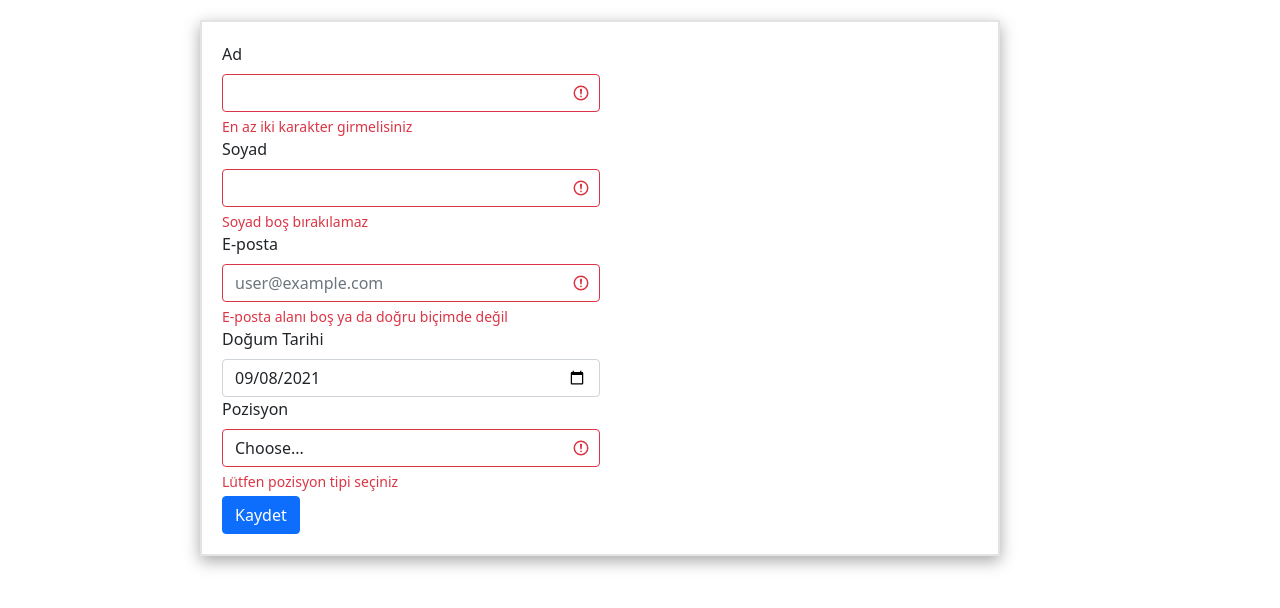
Repository: okankrdg/ReactCoreCRUD
Page: /employee/create (app in ReactCoreCRUD.Web/client/)
These files come from the project's save history. The page is drawn as it stood at one moment and after the next save; the edit follows.
The browser window is 1280 px wide. The pictures show the whole page.
The page's requests for data from a server got no answer. The project was rebuilt for these pictures with package versions that can differ from the ones it lists, and the page was loaded fresh each time. No one was signed in, and anything a server would have sent is missing. Also part of the build but not shown: ReactCoreCRUD.Web/client/src/pages/Employee/index.tsx, ReactCoreCRUD.Web/client/src/pages/Exception/index.tsx.

Above is the page before, as saved 2021-10-10 21:12:42.

### ReactCoreCRUD.Web/client/src/index.tsx
import React from "react";
import ReactDOM from "react-dom";
import "./index.css";
import App from "./App";
import { Router } from "react-router-dom";
import "./dist/bootstrap/bootstrap.min.css";
import history from "./history.js";
ReactDOM.render(
  <React.StrictMode>
    <Router history={history}>
      <App />
    </Router>
  </React.StrictMode>,
  document.getElementById("root")
);

### ReactCoreCRUD.Web/client/src/index.css
body {
  margin: 0;
  font-family: -apple-system, BlinkMacSystemFont, 'Segoe UI', 'Roboto', 'Oxygen',
    'Ubuntu', 'Cantarell', 'Fira Sans', 'Droid Sans', 'Helvetica Neue',
    sans-serif;
  -webkit-font-smoothing: antialiased;
  -moz-osx-font-smoothing: grayscale;
}

code {
  font-family: source-code-pro, Menlo, Monaco, Consolas, 'Courier New',
    monospace;
}
.employeeForm{
      padding: 20px;
      text-align: left;
      border: 2px solid #e5e3e3;
      box-shadow: 3px 3px 3px rgna(1,1,1,1);
      box-shadow: rgb(0 0 0 / 35%) 0px 5px 15px;

}
.App{
  text-align: center;
    display: flex;
    justify-content: center;
    max-width: 1200px;
    margin-top: 20px;
}
.employee-index{
  width: 80%;
  box-shadow: rgb(0 0 0 / 35%) 0px 5px 15px;
}

### ReactCoreCRUD.Web/client/src/App.tsx
import { Switch, Route } from "react-router-dom";
import CreateOrEdit from "./pages/Employee/createOrEdit";
import Index from "./pages/Employee";
import Exception from "./pages/Exception/index";
import "./App.css";

function App() {
  return (
    <div className="App">
      <Switch>
        <Route path="/employee/edit/:id" component={CreateOrEdit} />
        <Route path="/employee/create" component={CreateOrEdit} />
        <Route path="/employee/index" component={Index} />
        <Route path="/exception/type=:type" component={Exception} />
      </Switch>
    </div>
  );
}

export default App;

### ReactCoreCRUD.Web/client/src/pages/Employee/createOrEdit.tsx
import { useParams } from "react-router-dom";
import {
  EmployeeType,
  EmployeeDTO,
  employeeService,
} from "../../services/EmployeeService";
import { useEffect, useState } from "react";
const CreateOrEdit = () => {
  interface RouteParams {
    id: string;
  }
  interface EmployeeValidationState {
    firstName: boolean;
    lastName: boolean;
    birthDate: boolean;
    email: boolean;
    employeeTypeId: boolean;
  }
  const params = useParams<RouteParams>();

  const [employee, setEmployee] = useState<EmployeeDTO>({
    firstName: "",
    lastName: "",
    birthDate: new Date().toISOString().substring(0, 10),
    email: "",
    employeeTypeId: undefined,
  });
  const [employeeTypes, setEmployeeTypes] = useState<EmployeeType[]>([]);
  const [employeeValidation, setEmployeeValidation] =
    useState<EmployeeValidationState>({
      firstName: false,
      lastName: false,
      birthDate: false,
      email: false,
      employeeTypeId: false,
    });

  useEffect(() => {
    const idParam = parseInt(params.id);
    employeeService
      .getEmployeeTypes()
      .then((response) => {
        setEmployeeTypes(response.data);
      })
      .catch((e) => {
        console.log(e);
      });
    if (idParam) {
      employeeService
        .getById(idParam)
        .then((response) => {
          setEmployee(response.data);
          console.log(response.data);
        })
        .catch((e) => {
          console.log(e);
        });
    }
  }, [params.id]);
  const setValid = () => {
    var validationState = employeeValidation;

    if (
      employee.firstName === "" ||
      employee.firstName == null ||
      employee.firstName?.length < 2
    ) {
      validationState.firstName = false;
    } else {
      validationState.firstName = true;
    }
    if (employee.lastName === "" || employee.lastName == null) {
      validationState.lastName = false;
    } else {
      validationState.lastName = true;
    }
    if (
      employee.email === "" ||
      employee.email == null ||
      /\S+@\S+\.\S+/.test(employee.email)
    ) {
      validationState.email = false;
    } else {
      validationState.email = true;
    }
    if (
      employee.employeeTypeId === undefined ||
      employee.employeeTypeId == null
    ) {
      validationState.employeeTypeId = false;
    } else {
      validationState.employeeTypeId = true;
    }
    setEmployeeValidation(validationState);
    return validationState;
  };
  const isValidForm = (model: EmployeeValidationState) => {
    return (
      model.firstName && model.lastName && model.email && model.employeeTypeId
    );
  };
  const submitForm = () => {
    const idParam = parseInt(params.id);
    var model = setValid();
    if (isValidForm(model)) {
      if (!idParam) {
        employeeService
          .create(employee)
          .then((response) => {
            console.log(response);
          })
          .catch((error) => {
            console.log(error.response);
          });
      } else {
        employeeService.update(employee, idParam).then((response) => {
          console.log(response);
        });
      }
    }
  };
  return (
    <div className="employeeForm col-md-8">
      <div className="col-md-6">
        <label className="form-label">Ad</label>
        <input
          type="text"
          className={`form-control ${
            employeeValidation.firstName ? "is-valid" : "is-invalid"
          }`}
          id="name"
          required
          value={employee?.firstName}
          onChange={(e) =>
            setEmployee({ ...employee, firstName: e.target.value })
          }
        />
        {employeeValidation.firstName ? (
          ""
        ) : (
          <div className="invalid-feedback">
            En az iki karakter girmelisiniz
          </div>
        )}
      </div>
      <div className="col-md-6">
        <label className="form-label">Soyad</label>
        <input
          type="text"
          className={`form-control ${
            employeeValidation.lastName ? "is-valid" : "is-invalid"
          }`}
          id="name"
          value={employee?.lastName}
          onChange={(e) =>
            setEmployee({ ...employee, lastName: e.target.value })
          }
        />
        {employeeValidation.lastName ? (
          ""
        ) : (
          <div className="invalid-feedback">Soyad boş bırakılamaz</div>
        )}
      </div>
      <div className="col-md-6">
        <label className="form-label">E-posta</label>
        <input
          type="email"
          className={`form-control ${
            employeeValidation.email ? "is-valid" : "is-invalid"
          }`}
          placeholder="user@example.com"
          id="email"
          required
          value={employee?.email}
          onChange={(e) => setEmployee({ ...employee, email: e.target.value })}
        />
        {employeeValidation.email ? (
          ""
        ) : (
          <div className="invalid-feedback">
            E-posta alanı boş ya da doğru biçimde değil
          </div>
        )}
      </div>
      <div className="col-6">
        <label className="form-label">Doğum Tarihi</label>
        <input
          type="date"
          className="form-control"
          id="birthDate"
          value={employee?.birthDate?.substring(0, 10)}
          onChange={(e) =>
            setEmployee({
              ...employee,
              birthDate: e.currentTarget.value,
            })
          }
        />
      </div>
      <div className="col-md-6">
        <label className="form-label">Pozisyon</label>
        <select
          id="inputState"
          className={`form-control ${
            employeeValidation.employeeTypeId ? "is-valid" : "is-invalid"
          }`}
          value={employee?.employeeTypeId}
          onChange={(e) =>
            setEmployee({
              ...employee,
              employeeTypeId: parseInt(e.target.value),
            })
          }
        >
          <option value="">Choose...</option>
          {employeeTypes.map((et) => (
            <option key={et.id} value={et.id}>
              {et.name}
            </option>
          ))}
        </select>
        {employeeValidation.email ? (
          ""
        ) : (
          <div className="invalid-feedback">Lütfen pozisyon tipi seçiniz</div>
        )}
      </div>
      <div className="col-12 pt-1">
        <button type="submit" onClick={submitForm} className="btn btn-primary">
          Kaydet
        </button>
      </div>
    </div>
  );
};
export default CreateOrEdit;

### ReactCoreCRUD.Web/client/src/services/EmployeeService.ts
import axios from "axios";
import history from "../history";

export interface EmployeeDTO {
  firstName: string;
  lastName: string;
  birthDate: string;
  email: string;
  employeeTypeId: number | undefined;
}
export interface EmployeeIndexDTO {
  id: number;
  firstName: string;
  lastName: string;
  age?: number;
  email: string;
  employeeTypeName: string;
}
export interface EmployeeType {
  id: string;
  name: string;
}
const baseUrl = `/api/`;
const http = axios.create({
  baseURL: baseUrl,
  headers: {
    "Content-type": "application/json",
  },
});

const getAll = () => {
  return http.get<EmployeeIndexDTO[]>("employee");
};
const getById = (id: number) => {
  console.log(id, "httpservice");
  return http.get<EmployeeDTO>(`employee?id=${id}`);
};
const create = (model: EmployeeDTO) => {
  return http.post<EmployeeDTO>("employee", model);
};
const update = (model: EmployeeDTO, id: number) => {
  return http.put("employee", { model: model, id: id });
};
const _delete = (id: number) => {
  return http.delete(`employee?${id}`);
};
const getEmployeeTypes = () => {
  return http.get<EmployeeType[]>("employeeTypes");
};
http.interceptors.response.use(
  (response) => {
    return response;
  },
  (error) => {
    if (!error.response || typeof error.response.data !== "object") {
      setTimeout(() => {}, 1000);
      return Promise.reject(error);
    }
    const { status, config, data } = error.response;
    console.log(status, config, data);
    if (config.method === "get") {
      if (status === 401) {
        history.push("/exception/type=401");
      } else if (status === 403) {
        history.push("/exception/type=403");
      } else if (status === 404) {
        history.push("/exception/type=404");
      } else if (status === 500) {
        history.push("/exception/type=500");
      }
    }
  }
);
export const employeeService = {
  getAll,
  getById,
  create,
  update,
  delete: _delete,
  getEmployeeTypes,
};

Loaded but not shown: ReactCoreCRUD.Web/client/public/index.html (common file); ReactCoreCRUD.Web/client/src/dist/bootstrap/bootstrap.min.css (library); ReactCoreCRUD.Web/client/src/history.js (common file); ReactCoreCRUD.Web/client/src/App.css (common file)

After the next save:
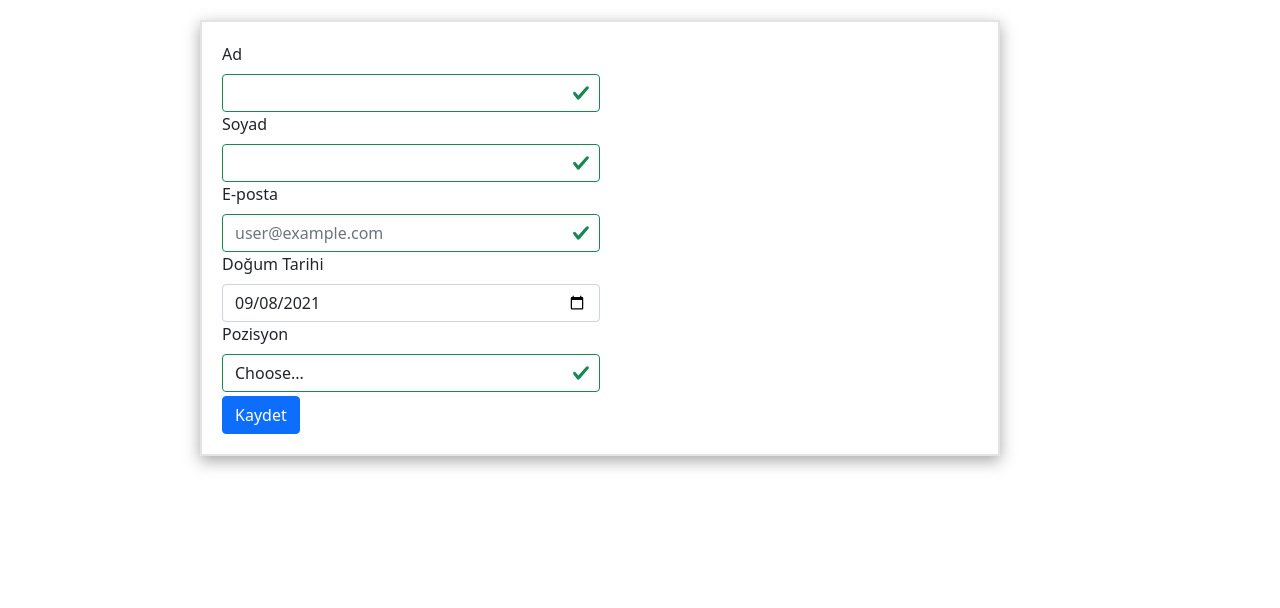
Saved 3 min 7 s later.
--- a/ReactCoreCRUD.Web/client/src/pages/Employee/createOrEdit.tsx
+++ b/ReactCoreCRUD.Web/client/src/pages/Employee/createOrEdit.tsx
@@ -28,11 +28,11 @@ const CreateOrEdit = () => {
   const [employeeTypes, setEmployeeTypes] = useState<EmployeeType[]>([]);
   const [employeeValidation, setEmployeeValidation] =
     useState<EmployeeValidationState>({
-      firstName: false,
-      lastName: false,
-      birthDate: false,
-      email: false,
-      employeeTypeId: false,
+      firstName: true,
+      lastName: true,
+      birthDate: true,
+      email: true,
+      employeeTypeId: true,
     });
 
   useEffect(() => {
